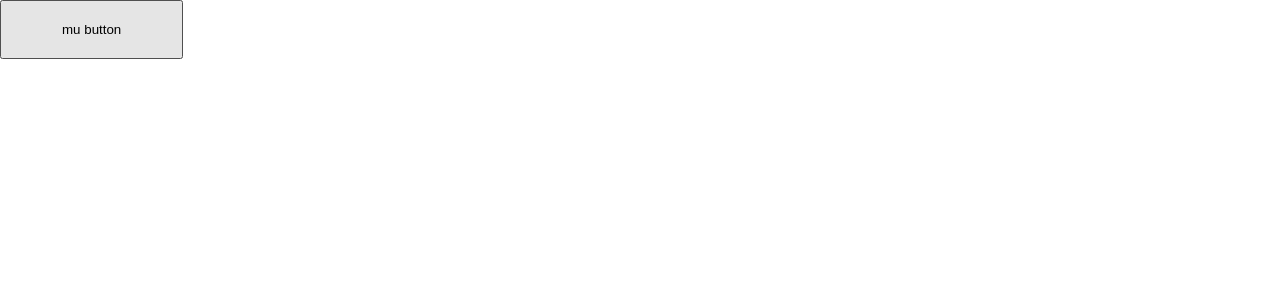
Repository: HuoXiaoYe/huoxiaoye_mumu
Page: /
An editor plug-in stored every save of this project. The page is shown before and after the next save, followed by the edit.
The browser window is 1280 px wide. The pictures show the whole page.
The project was rebuilt for these pictures with package versions that can differ from the ones it lists, and the page was loaded fresh each time.

Above is the page before, as saved 2020-07-06 09:42:29.

After the next save:
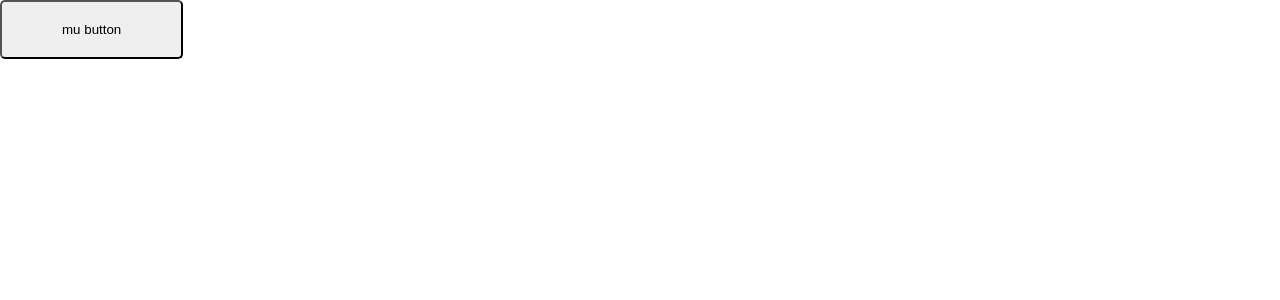
Saved 16 s later.
--- a/src/ui/components/button/style.less
+++ b/src/ui/components/button/style.less
@@ -1,7 +1,9 @@
 @import "@/ui/less/variables.less";
 
 .mu-button{
+    border-radius: 5px;
     &.mu-large{
         padding: 20px 60px;
+
     }
 }
